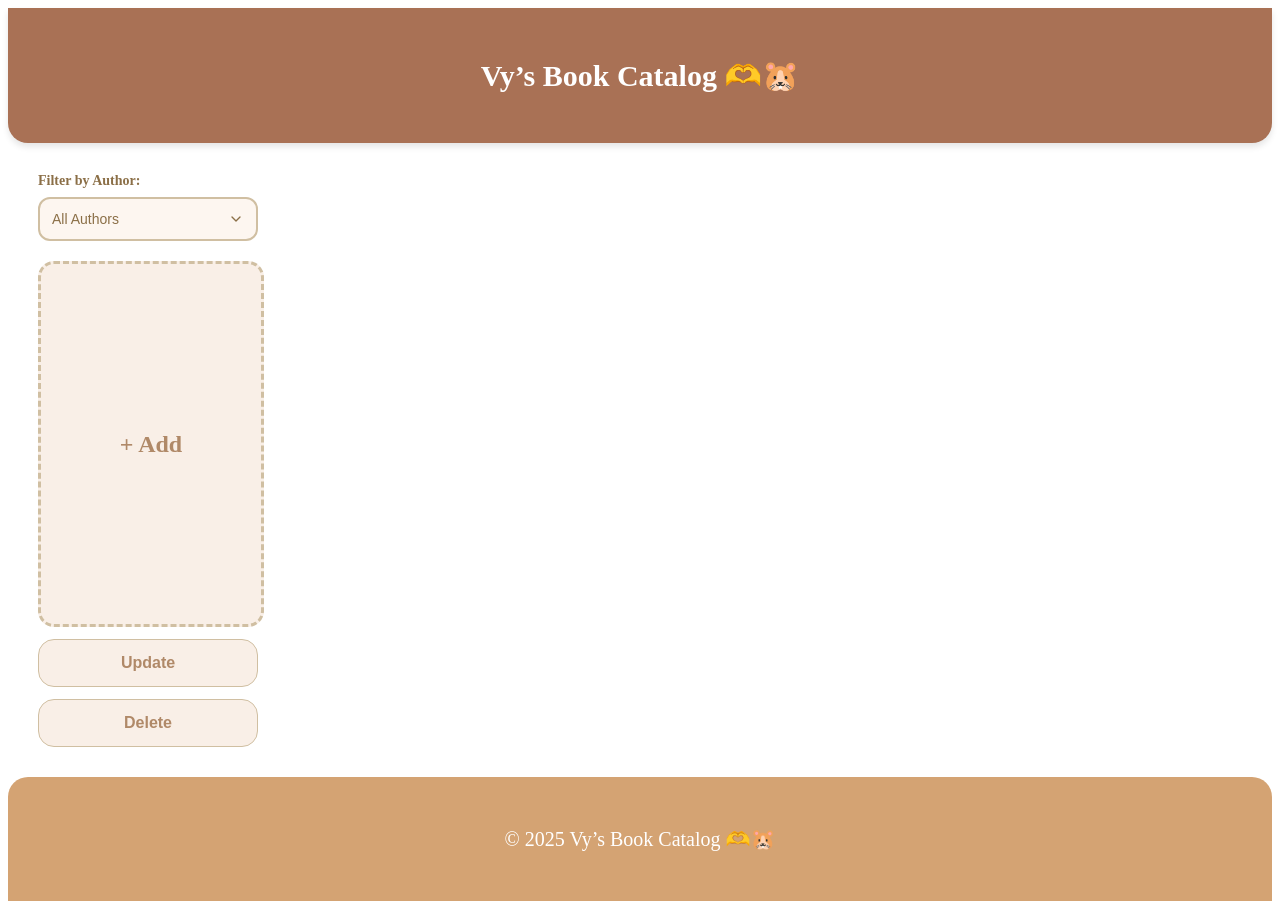
Repository: CucVyTrinh/book-catalog-v6
Page: /
The author's editor kept a copy of each file at every save. The page is drawn from the files as they stood at one save, then again after the next save.
The browser window is 1280 px wide. The pictures show the whole page.
The project was rebuilt for these pictures with package versions that can differ from the ones it lists, and the page was loaded fresh each time. Also part of the build but not shown: vite.config.js, src/index.css, src/components/Book.jsx, src/components/AddBookModal.jsx, src/components/EditBookModal.jsx.

Above is the page before, as saved 2025-10-26 22:38:44.

After the next save:
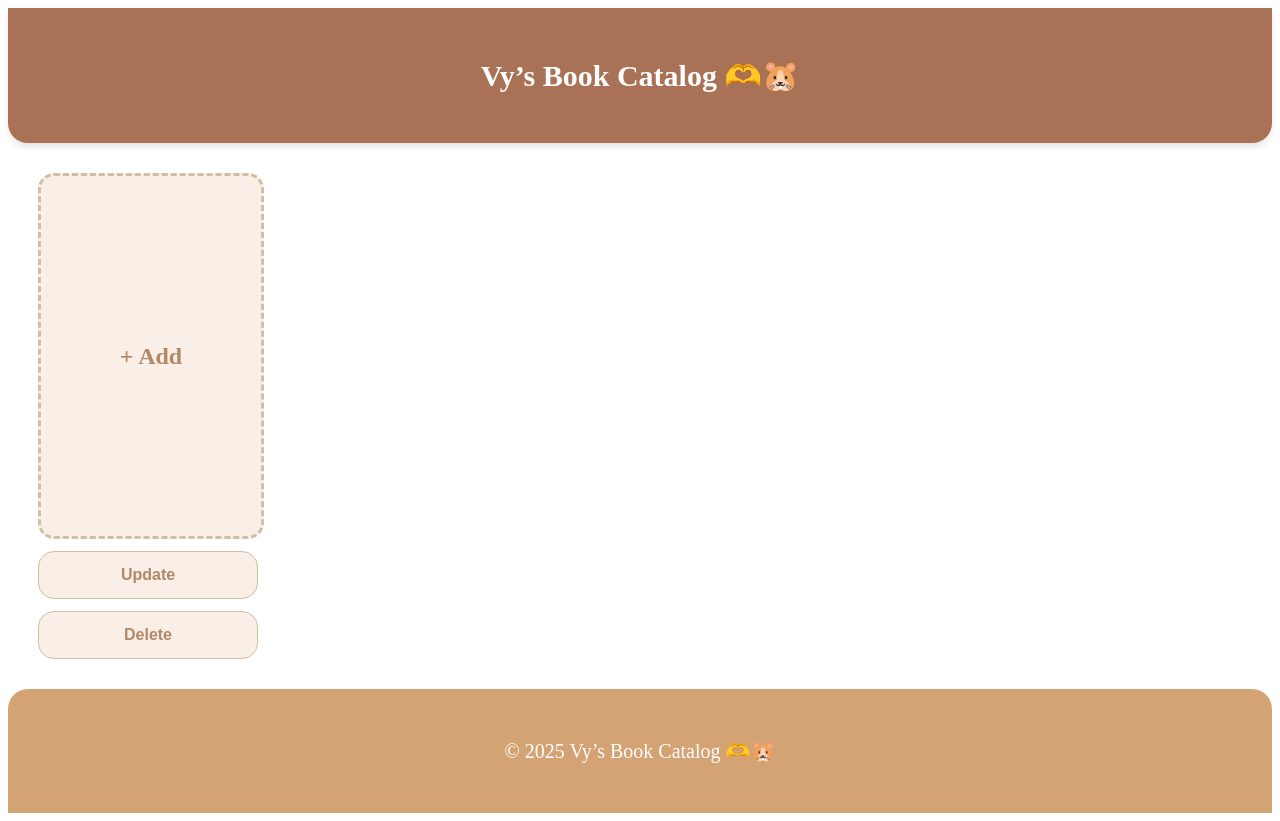
Saved 6 s later.
--- a/src/components/LeftColumn.jsx
+++ b/src/components/LeftColumn.jsx
@@ -1,27 +1,9 @@
 // src/components/LeftColumn.jsx
 import React from "react";
 
-export default function LeftColumn({ onOpenAdd, onUpdate, onDelete, authors, selectedAuthor, onAuthorFilterChange }) {
+export default function LeftColumn({ onOpenAdd, onUpdate, onDelete }) {
   return (
     <div className="left-column">
-      <div className="filter-section">
-        <label htmlFor="author-filter" className="filter-label">
-          Filter by Author:
-        </label>
-        <select
-          id="author-filter"
-          className="filter-dropdown"
-          value={selectedAuthor}
-          onChange={(e) => onAuthorFilterChange(e.target.value)}
-        >
-          <option value="">All Authors</option>
-          {authors.map((author) => (
-            <option key={author} value={author}>
-              {author}
-            </option>
-          ))}
-        </select>
-      </div>
       <div className="add-button" onClick={onOpenAdd}>+ Add</div>
       <button onClick={onUpdate}>Update</button>
       <button onClick={onDelete}>Delete</button>
